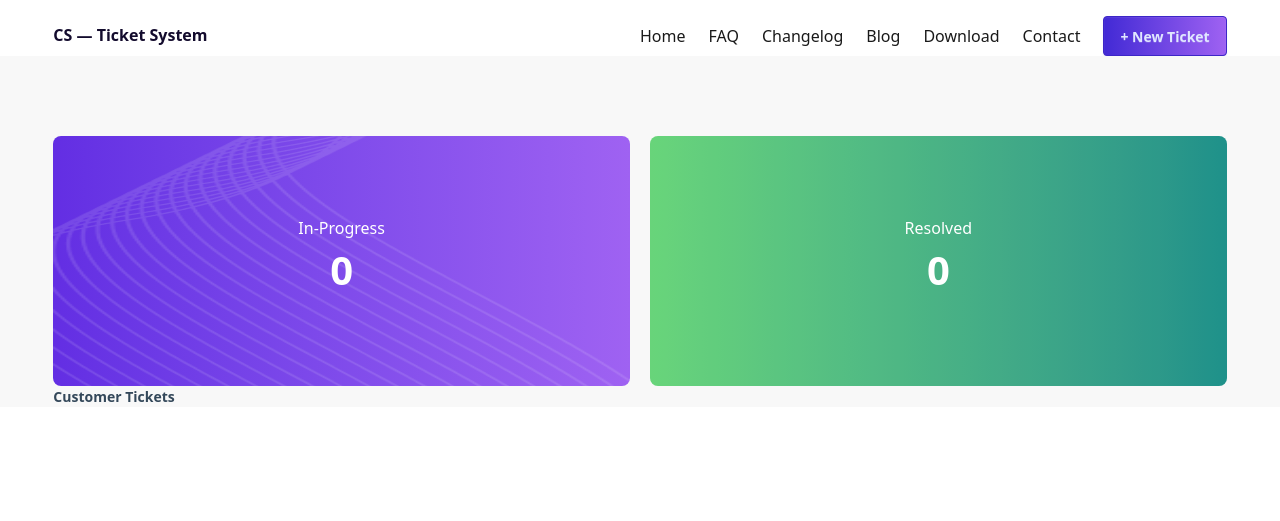
Repository: SanjidaSnigdha/Customer-Support-Zone
Page: /
An editor plug-in stored every save of this project. The page is shown before and after the next save, followed by the edit.
The browser window is 1280 px wide. The pictures show the whole page.
The project was rebuilt for these pictures with package versions that can differ from the ones it lists, and the page was loaded fresh each time. Also part of the build but not shown: vite.config.js, src/App.css.

Above is the page before, as saved 2026-03-24 03:16:51.

### index.html
<!doctype html>
<html lang="en">
  <head>
    <meta charset="UTF-8" />
    <link rel="icon" type="image/svg+xml" href="/favicon.svg" />
    <meta name="viewport" content="width=device-width, initial-scale=1.0" />
    <title>customer-support-zone</title>
  </head>
  <body>
    <div id="root"></div>
    <script type="module" src="/src/main.jsx"></script>
  </body>
</html>

### src/index.css
 @import "tailwindcss";
 @plugin "daisyui" {
  themes: light --default, dark --prefersdark;
  themes: light --default;
 }

### src/App.jsx
import { Suspense, useState } from 'react'
import './App.css'
import Navbar from './component/Navbar/Navbar'
import Banner from './component/Banner/Banner'
import CustomerTickets from './component/CustomerTickets/CustomerTickets'

const fetchTickets = async()=>{
  const res = await fetch("/customers.json")
  return res.json()
}

function App() {
  const customerPromise = fetchTickets()

  return (
    <>
    <div className='flex flex-col'>
   <Navbar></Navbar>
   <div className='flex-1 bg-base-200'>
    <Banner></Banner>
    <Suspense fallback={<span className="loading loading-spinner loading-xl"></span>
}>
          <CustomerTickets customerPromise={customerPromise}></CustomerTickets>

    </Suspense>
   </div>
   </div>

    </>
  )
}

export default App

### src/component/Navbar/Navbar.jsx
import React from 'react';

const Navbar = () => {
    return (
        <div className='flex justify-between w-11/12 mx-auto mt-4'>
            <div className='navbar-start'>
                <h1 className='w-[833px] h-[26px] font-bold text-[#130B2D]'>CS — Ticket System</h1>
            </div>
            <div className='navbar-end justify-between gap-3 text-[#000000]/90'>
                <a>Home</a>
                <a>FAQ</a>
                <a>Changelog</a>
                <a>Blog</a>
                <a>Download</a>
                <a>Contact</a>
         <button className='btn btn-primary bg-gradient-to-r from [#632EE3] to-[#9F62F2]'>+ New Ticket</button>
            </div>
        </div>
    );
};

export default Navbar;

### src/component/Banner/Banner.jsx
import React from 'react';
import vectorImg1 from '../../assets/vector1.png'
import vectorImg2 from '../../assets/vector2.png'

const Banner = () => {
    return (
        <div className='flex justify-between w-11/12 mx-auto mt-20 gap-5'>
            <div className='relative'>
             <img src={vectorImg1} alt="" className=' bg-gradient-to-r from-[#632EE3] to-[#9F62F2] w-[700px] h-[250px] rounded-[8px]'/>
             <p className='absolute text-center inset-20 text-[#FFFFFF]'>In-Progress<br /><span className='font-bold text-[#FFFFFF] text-[40px]'>
                0</span></p>

            </div>
            <div className='relative'>
      <img src={vectorImg2} alt="" className='bg-gradient-to-r from-[#54CF68] to-[#00827A] w-[700px] h-[250px] rounded-[8px]'/>
        <p className='absolute text-center inset-20 text-[#FFFFFF]'>Resolved<br /><span className='font-bold text-[#FFFFFF] text-[40px]'>
                0</span></p>

            </div>
        </div>
    );
};

export default Banner;

### src/component/CustomerTickets/CustomerTickets.jsx
import React, { use } from 'react';
const CustomerTickets = ({customerPromise}) => {
    const customerTicket = use(customerPromise)
    console.log(customerTicket)
    return (
        <div className='w-11/12 mx-auto'>
        <h1 className='font-semibold text-[#34485A] text-[14px]'>Customer Tickets</h1>
        </div>
    );
};

export default CustomerTickets;

### public/customers.json
[
  {
    "id": 1,
    "title": "Login Issue",
    "description": "Customer unable to login with correct credentials.",
    "customer": "Alice Johnson",
    "priority": "High",
    "status": "Open",
    "createdAt": "2026-03-20T10:15:00Z"
  },
  {
    "id": 2,
    "title": "Payment Failure",
    "description": "Transaction failed while trying to purchase subscription.",
    "customer": "Bob Smith",
    "priority": "High",
    "status": "Pending",
    "createdAt": "2026-03-21T14:22:00Z"
  },
  {
    "id": 3,
    "title": "Feature Request",
    "description": "Request to add dark mode in dashboard.",
    "customer": "Charlie Brown",
    "priority": "Medium",
    "status": "Open",
    "createdAt": "2026-03-22T09:30:00Z"
  },
  {
    "id": 4,
    "title": "Bug in Reports",
    "description": "Monthly report shows incorrect sales numbers.",
    "customer": "Diana Prince",
    "priority": "High",
    "status": "In Progress",
    "createdAt": "2026-03-22T11:45:00Z"
  },
  {
    "id": 5,
    "title": "Password Reset",
    "description": "Customer forgot password and cannot reset it via email.",
    "customer": "Ethan Hunt",
    "priority": "Medium",
    "status": "Resolved",
    "createdAt": "2026-03-23T08:10:00Z"
  },
  {
    "id": 6,
    "title": "Account Deactivation",
    "description": "Customer wants to deactivate account permanently.",
    "customer": "Fiona Gallagher",
    "priority": "Low",
    "status": "Pending",
    "createdAt": "2026-03-23T12:05:00Z"
  },
  {
    "id": 7,
    "title": "App Crash",
    "description": "Mobile app crashes when opening settings page.",
    "customer": "George Martin",
    "priority": "High",
    "status": "Open",
    "createdAt": "2026-03-24T07:50:00Z"
  },
  {
    "id": 8,
    "title": "Invoice Issue",
    "description": "Invoice generated shows wrong billing amount.",
    "customer": "Hannah Lee",
    "priority": "Medium",
    "status": "In Progress",
    "createdAt": "2026-03-24T09:30:00Z"
  },
  {
    "id": 9,
    "title": "Email Notifications",
    "description": "Customer not receiving notification emails.",
    "customer": "Ian Curtis",
    "priority": "Medium",
    "status": "Open",
    "createdAt": "2026-03-24T10:00:00Z"
  },
  {
    "id": 10,
    "title": "Data Export",
    "description": "Unable to export CSV from analytics dashboard.",
    "customer": "Jessica Alba",
    "priority": "Low",
    "status": "Resolved",
    "createdAt": "2026-03-24T11:15:00Z"
  }
]

Loaded but not shown: src/main.jsx (common file)

After the next save:
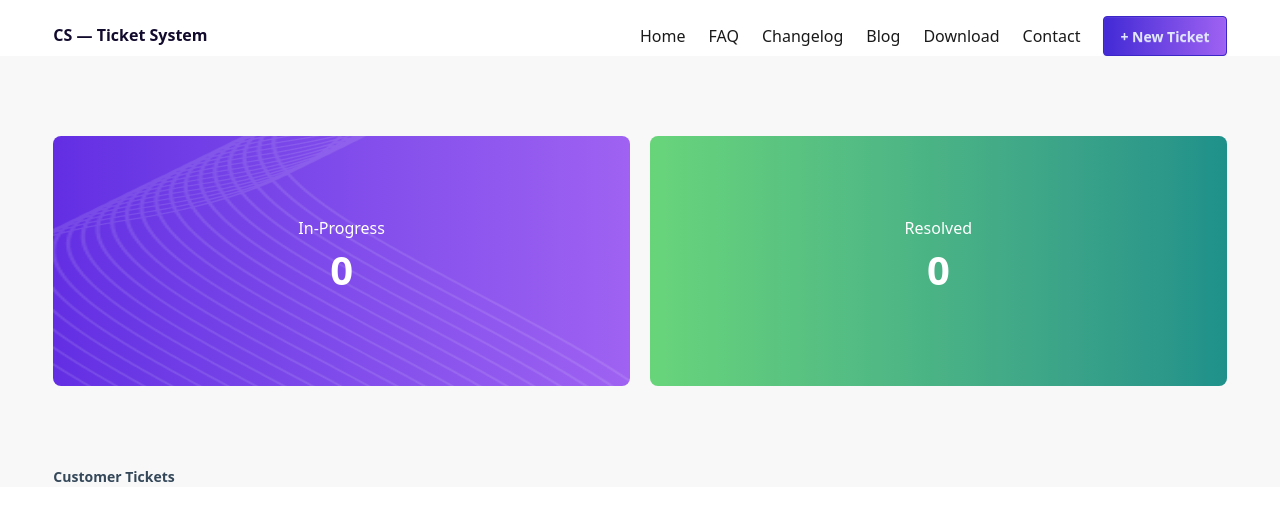
Saved 19 s later.
--- a/src/component/CustomerTickets/CustomerTickets.jsx
+++ b/src/component/CustomerTickets/CustomerTickets.jsx
@@ -4,7 +4,7 @@ const CustomerTickets = ({customerPromise}) => {
     console.log(customerTicket)
     return (
         <div className='w-11/12 mx-auto'>
-        <h1 className='font-semibold text-[#34485A] text-[14px]'>Customer Tickets</h1>
+        <h1 className='font-semibold text-[#34485A] text-[14px] mt-20'>Customer Tickets</h1>
         </div>
     );
 };
